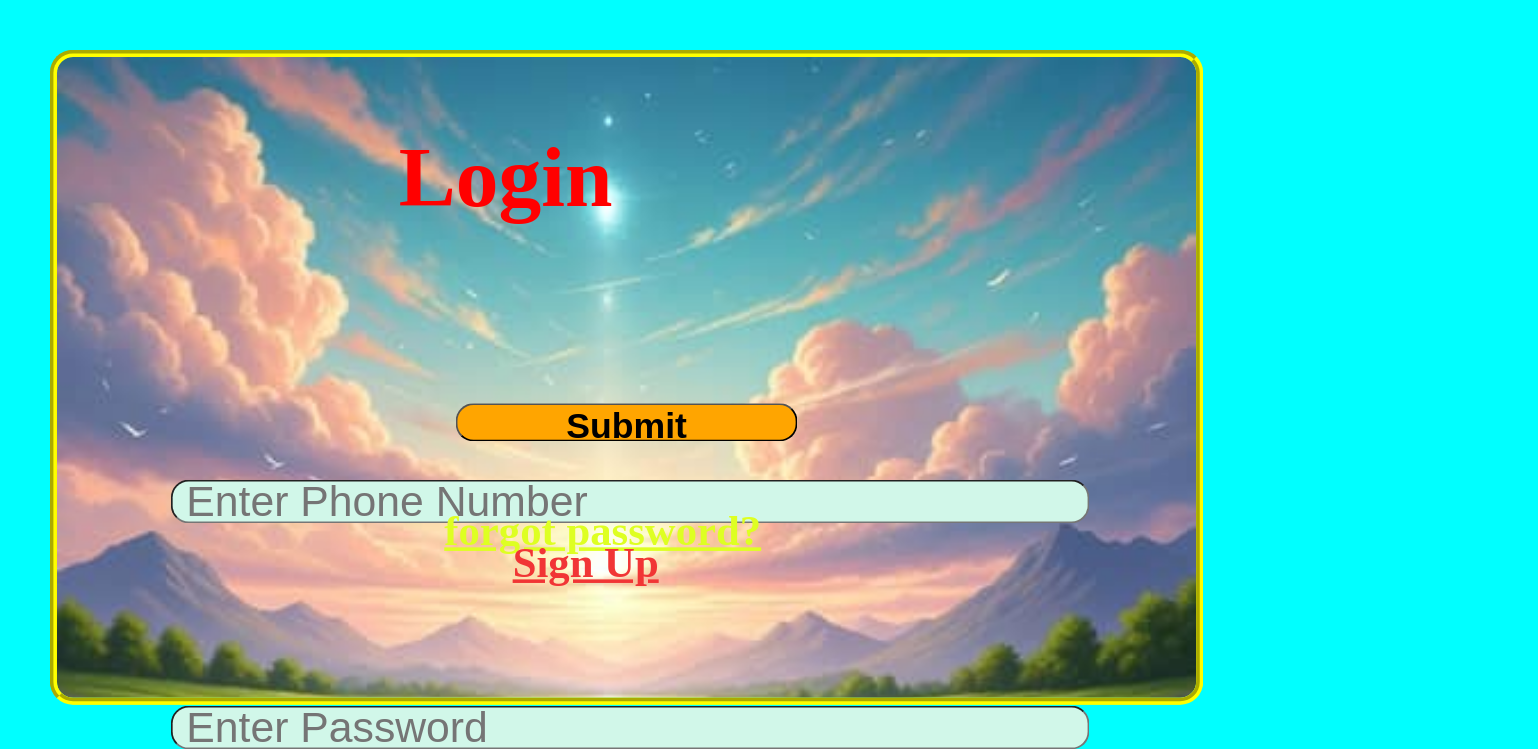
Repository: Amani-Kibet/express-app-web
Page: pages/signup/login.html
The author's editor kept a copy of each file at every save. The page is drawn from the files as they stood at one save, then again after the next save.
The browser window is 1280 px wide. The page is 1728 px wide, so the pictures cover 1728 px, including what lies to the right of the window. The pictures show the whole page, at 89% of full size.

Above is the page before, as saved 2025-09-28 16:11:40.

### pages/signup/login.html
<!DOCTYPE html>
<head>
  <title> Login Page</title>
  <style>
    #board{
      background: url(/pictures/p1.png);
      background-size: cover;
      width: 100vw;
      height: 100vh;
      border-radius: 18px;
      outline: 8px groove yellow;
      position: absolute;
      top: 4rem;
      left: 4rem;
    }
    h2{
      color: red;
      position: relative;
      left: 30%;
      font-size: 6rem
    }
    .inputs{
      width: 80%;
      height: 6%;
      position: relative;
      left: 10%;
      margin-top: 16%;
      border-radius: 20px;
      color: blue;
      font-size: 3em;
      background-color: rgb(209, 247, 233);
    }
    #submit{
      background: orange;
      position: absolute;
      width: 30%;
      height: 6%;
      top: 54%;
      left: 35%;
      border-radius: 20px;
      font-size: 2.5em;
      font-weight: bold;
    }
    .links{
      position: absolute;
      font-weight: 800;
      font-size: 3em;
      color: yellow;
    }
  #link1{
    top: 70%;
    left: 34%;
    color:rgb(222, 255, 34)
  }
  #link2{
    top: 75%;
    left: 40%;
    color:rgb(241, 53, 53);
  }
  #msg{
    background: lightblue;
    width: 70%;
    height: 50%;
    border-radius: 10px;
    position: absolute;
    bottom: 30%;
    left: 15%;
    outline: 4px groove yellow;
    display: none;
  }
  .prog{
    border-radius: 100%;
    position: absolute;
    top: 4%;
    left: 4%;
    outline: 20px groove yellow;
    font-size: 8em;
  }
  #prog2{
      transform: rotateY(90deg)
  }
  #progC{
    transform-style: preserve-3d;
    animation: spin 4s ease-in-out infinite;
  }
  #msgT{
    position: relative;
    top: 36%;
    left: 10%;
    color: blue;
    font-weight: bold;
    font-size: 4em;
    width: 80%;
    height: 20%;
  }
  #loginT{
    position: relative;
    top: 20%;
    left: 12%;
    color: rgb(255, 60, 0);
    font-weight: 500;
    font-size: 5em;
    width: 80%;
    height: 25%;
  }
  @keyframes spin{
    0%{transform: rotateY(0deg) rotateX(0deg) translateX(0px)}
    50%{transform: rotateY(360deg) rotateX(60deg) translateX(50px)}
    100%{transform: rotateY(0deg) rotateX(0deg) translateX(0px)}
  }
  </style>
</head>
<body bgColor="cyan">
  <div id="board">
    <h2>Login</h2>
    <input type="number" class="inputs" id="phoneI" placeholder=" Enter Phone Number">
    <input type="password" class="inputs" id="passI" placeholder=" Enter Password">
  <button id="submit" onclick="f1()">Submit</button>
  <a id="link1" class="links" href="http:localhost:3000">forgot password?<a>
    <a class="links" id="link2" href="/pages/signup/signIn.html">Sign Up</a>
    <div id="msg">
      <div id="progC">
        <div id="prog1" class="prog">🔴</div>
      <div id="prog2" class="prog">🟢</div>
      </div>
      <p id="loginT">Logging in...</p>
      <h3 id="msgT">No text returned</h3>
    </div>
  </div>
</body>
<script>
  let bt1= document.getElementById("submit")
  let msgT= document.getElementById("msgT")
  let msg= document.getElementById("msg")
  let phoneC= document.getElementById("phoneI");
  let passC= document.getElementById("passI")

function f1(){
  let phoneI= document.getElementById("phoneI").value;
  let passI= document.getElementById("passI").value;

  fetch("/path4",{
    method: "POST",
    headers: {"Content-Type":"application/json"},
    body: JSON.stringify({phone: `${phoneI}`, pass: `${passI}`})
  })
  .then(type=> type.json())
  .then(data=>{
    if(data.name=="Null"){
      phoneC.style.color="red";
      phoneC.type="text";
      phoneC.value+=" Is Not Found";

      setTimeout(()=>{
        phoneC.style.color="blue";
        phoneC.type="number";
      }, 5000);
    } else
    {
      msg.style.display="block";
      msgT.innerHTML=`Welcome Back ${data.name}!`;
      setTimeout(()=>{
        msg.style.display="none";
        window.location.href="/pages/contents/profile.html"
      }, 8000);
    }
  });
  console.log(x.split(" "))
}
</script>
</html>

After the next save:
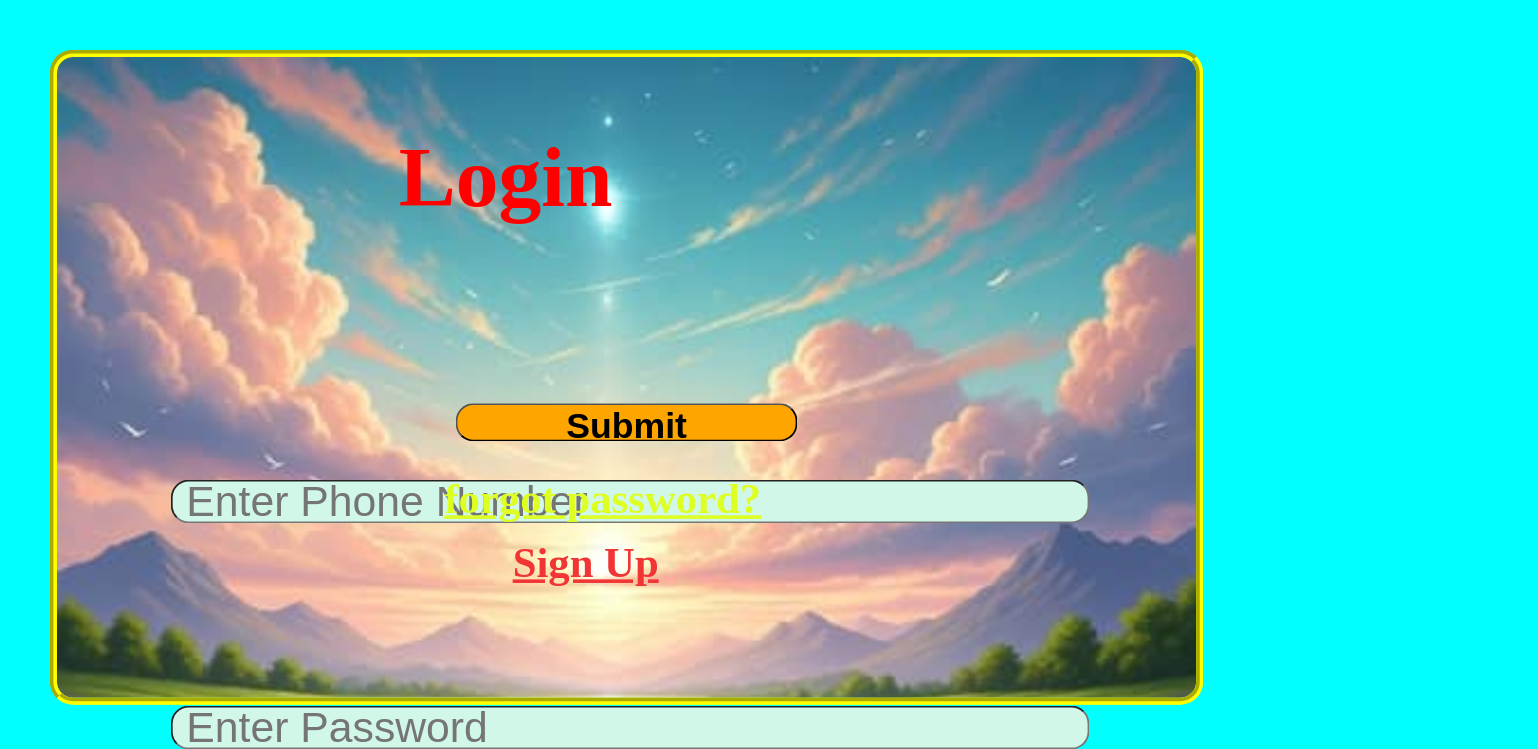
Saved 16 s later.
--- a/pages/signup/login.html
+++ b/pages/signup/login.html
@@ -48,7 +48,7 @@
       color: yellow;
     }
   #link1{
-    top: 70%;
+    top: 65%;
     left: 34%;
     color:rgb(222, 255, 34)
   }
